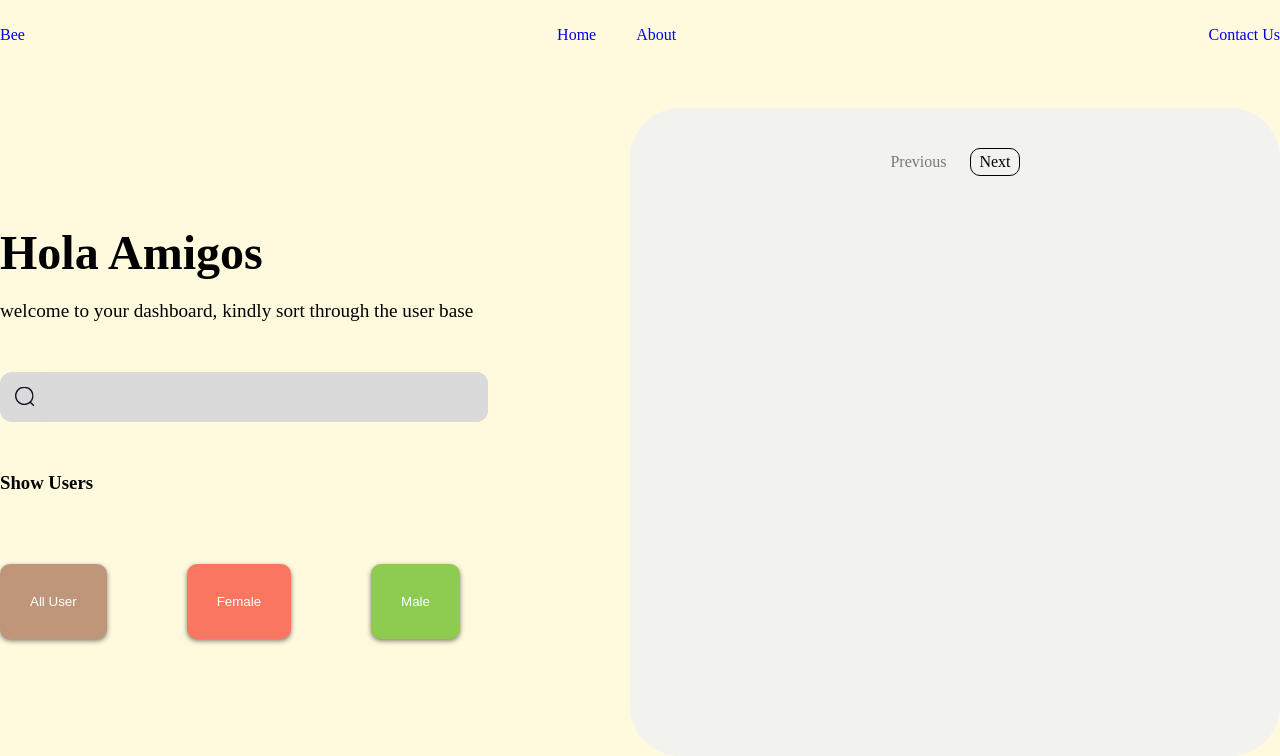
Repository: ble-syn/Random-user-generator-app
Page: /
The author's editor kept a copy of each file at every save. The page is drawn from the files as they stood at one save, then again after the next save.
The browser window is 1280 px wide. The pictures show the whole page.
The page's requests for data from a server got no answer. The project was rebuilt for these pictures with package versions that can differ from the ones it lists, and the page was loaded fresh each time. No one was signed in, and anything a server would have sent is missing. Also part of the build but not shown: src/components/ErrorBoundaries.jsx, src/pages/About.jsx, src/pages/Policy.jsx, src/pages/Terms.jsx, src/pages/Contact.jsx, src/pages/NotFound.jsx.

Above is the page before, as saved 2022-10-27 23:35:08.

### src/index.css
*{
  margin: 0;
  padding: 0;
  box-sizing: border-box;
}
a {
  text-decoration: none;
}

body {
  background-color: #FFFADE;
}
.container {
  width: 100%;
  max-width: 1300px;
  margin: 0 auto;

}

nav {
  display: flex;
  justify-content: space-between;
  margin: 2% 0 5%;
}
.menu {
  margin: 0 20px;
}

.home-container{
  display: flex;

  align-items: center;
}
/* LEFT STYLES */
#left {
  flex: 5;
}
#left h1 {
  font-size: 3rem;
  font-weight: 700;
  margin-bottom: 20px;
}
#left p {
  font-size: 1.2rem;
  margin-bottom: 20px;
}
.search-input {
  width: 80%;
  background-color: #dadada;
  border-radius: 12px;
  border: none;
  display: flex;
  place-items: center;
  padding-left: 15px;
  margin: 50px 0;
}
input {
  border: none;
  border-radius: 12px;
  background-color: inherit;
  width: 100%;
  height: 50px;
  padding-left: 5px;
  font-size: 20px;
}
input:focus {
  outline: none;
}
input::placeholder {
  color: #171717;
}
.user-link-cont {
  margin-top: 70px;
}
.user-link{
  margin-right: 80px;
  padding: 30px;
  border-radius: 10px;
  color: #FFF;
  cursor: pointer;
  border: none;
  box-shadow: 0px 2px 5px  rgba(0, 0, 0, 0.5);
}
.all-user {
  background-color: #BF9679;
}
.f-user{
  background-color: #F97661;
}
.m-user{
background-color: #8DCC50;
}

#right{
  height: 90vh;
  flex: 5;
  margin-left: 20px;
  background-color: #F2F2EF;
  border-radius: 50px;
  padding: 20px;
}

.usercard {
  background-color: #F2F2EF;
  border-radius: 20px;
  display: flex;
  justify-content: space-between;
  align-items: center;
  padding: 20px;
  margin: 20px 0;
  box-shadow: 0px 2px 5px  rgba(0, 0, 0, 0.5);
}

img {
 border: 5px solid#8DCC50;
  border-radius: 50%;
  margin: 5px 0;
}

.pagination {
  display: flex;
  justify-content: center;
  align-items: center;
  gap: 12px;
  margin: 20px 0;
}

.pagination-num {
  display: flex;
  justify-content: center;
  align-items: center;
  gap: 12px;
}

.pagination-child,
.prev,
.next {
  opacity: 1;
  border: 1px solid #000;
  padding: 4px 8px;
  cursor: pointer;
  border-radius: 10px;
  transition: all 0.3s ease;
}

.pagination-child:hover,
.prev:hover,
.next:hover {
  transform: scale(1.1);
}

.disabled {
  opacity: 0.5;
  cursor: not-allowed;
}

### src/App.js
import { BrowserRouter as Router, Routes, Route, Navigate} from "react-router-dom";
import Navbar from "./components/Navbar";
import Home from "./pages/Home";
import About from "./pages/About";
import Policy from "./pages/Policy";
import Terms from "./pages/Terms";
import Contact from "./pages/Contact";
import NotFound from "./pages/NotFound";

function App() {
  return (
    <div className="container">
      <Router>
      <Navbar />
        <Routes>
          <Route path="/" element={<Home />} />
          <Route path="/about" element={<About />}>
            <Route path="policy" element={<Policy />} />
            <Route path="terms" element={<Terms />} />
          </Route>
          <Route path="/contact" element={<Contact />} />
          <Route path="/not-found" element={<NotFound />} />
          <Route path="*" element={<Navigate to="/not-found" />} />
        </Routes>
      </Router>

    </div>
  );
}

export default App;

### src/components/Navbar.jsx
import React from "react";
import { Link } from "react-router-dom";

function Navbar() {
    return (
      <nav className="header">
        <div className="logo">
          <Link to="/">Bee</Link>
        </div>


        <div>
            <Link to="/" className="menu">Home</Link>

            <Link to="/about" className="menu">About</Link>
        </div>
        <div>
            <Link to="/contact">Contact Us</Link>
        </div>
      </nav>
    );
  }

export default Navbar;

### src/pages/Home.jsx
import { useState, useEffect } from "react";
import Pagination from "../components/pagination";
import ErrorBoundary from "../components/ErrorBoundaries";
import { ReactComponent as Search } from "../assets/Search.svg"
import User from "../components/User";


function Home() {
  const [users, setUsers] = useState([]);
  // const [loading, setLoading] = useState(true);

  const [currentPage, setCurrentPage] = useState(1);
  const [usersPerPage] = useState(4);

  // get users from the randomuser api
  useEffect(() => {
    const fetchUsers = async () => {
      const res = await fetch("https://randomuser.me/api/?results=20");
      const data = await res.json();
      setUsers(data.results);
      // setLoading(false);
    };

    fetchUsers();
  }, []);

  // const female = async () => {
  //   const res = await fetch("https://randomuser.me/api/?results=20");
  //   const data = await res.json();
  //   setUsers(data.results.gender.female);
  // };
  // const male = async () => {
  //   const res = await fetch("https://randomuser.me/api/?results=20");
  //   const data = await res.json();
  //   setUsers(data.results.gender.female);
  // };
  //   loading state
  // if (loading) {
  //   return <Spinner />;
  // }

  //   pagination logic
  const indexOfLastUser = currentPage * usersPerPage;
  const indexOfFirstUser = indexOfLastUser - usersPerPage;
  const currentUsers = users.slice(indexOfFirstUser, indexOfLastUser);
  const numberOfPages = Math.ceil(users.length / usersPerPage);

  return (
    <div className="home-container">
      <div id="left">
        <h1>Hola Amigos</h1>
        <p>welcome to your dashboard, kindly sort through the user base</p>
        <form action="" className="search-input">
          <Search />
          <input type="text" name="" id="" />
        </form>
        <h3>Show Users</h3>
        <div className="user-link-cont">
        <button
        type="button"
        className="user-link all-user"
      >
        All User
      </button>
      <button
        type="button"
        className="user-link f-user"

      >
        Female
      </button>
      <button
        type="button"
        className="user-link m-user"


      >
        Male
      </button>
        </div>
      </div>


      <div id="right">
        <ErrorBoundary>
            <User currentUsers={currentUsers} />
          </ErrorBoundary>
          <ErrorBoundary>
            <Pagination
              numberOfPages={numberOfPages}
              currentPage={currentPage}
              setCurrentPage={setCurrentPage}
            />
        </ErrorBoundary>
      </div>
    </div>
  );
}

export default Home;

### src/components/pagination.jsx
import { useState, useEffect } from "react";

function Pagination({ numberOfPages, currentPage, setCurrentPage }) {
  const [disabledPrev, setDisabledPrev] = useState(true);
  const [disabledNext, setDisabledNext] = useState(true);

  const pageNum = [...Array(numberOfPages + 1).keys()].slice(1);

  const prevPage = () => {
    if (currentPage !== 1) {
      setCurrentPage(currentPage - 1);
    }
  };

  const nextPage = () => {
    if (currentPage !== numberOfPages) {
      setCurrentPage(currentPage + 1);
    }
  };

  useEffect(() => {
    if (currentPage > 1) {
      setDisabledPrev(false);
    } else {
      setDisabledPrev(true);
    }

    if (currentPage === numberOfPages) {
      setDisabledNext(true);
    } else {
      setDisabledNext(false);
    }
  }, [currentPage, numberOfPages]);

  return (
    <div>
      <section className="pagination">
        <div className={disabledPrev ? "disabled" : "prev"}>
          <p onClick={prevPage}>Previous</p>
        </div>
        <div className="pagination-num">
          {pageNum.map((num) => (
            <div key={num}>
              <p
                onClick={() => setCurrentPage(num)}
                className="pagination-child"
              >
                {num}
              </p>
            </div>
          ))}
        </div>
        <div className={disabledNext ? "disabled" : "next"}>
          <p onClick={nextPage}>Next</p>
        </div>
      </section>
    </div>
  );
}

export default Pagination;

### src/components/User.jsx
import React from "react";

function User({ currentUsers }) {
  return (
    <div className="">
      {currentUsers.map((user) => (
        <div key={user.login.uuid} className="usercard">
          <img src={user.picture.medium} alt={user.name.first} />
          <div>
             <h3>
              {user.name.first} {user.name.last}
            </h3>
            <p>{user.email}</p>
            <p>
              {user.location.city}, {user.location.country}
            </p>
          </div>
          <div>
            <p>{user.cell}</p>
          </div>

        </div>
      ))}
    </div>
  );
}

export default User;

Loaded but not shown: public/index.html (common file); src/index.js (common file); src/reportWebVitals.js (common file)

After the next save:
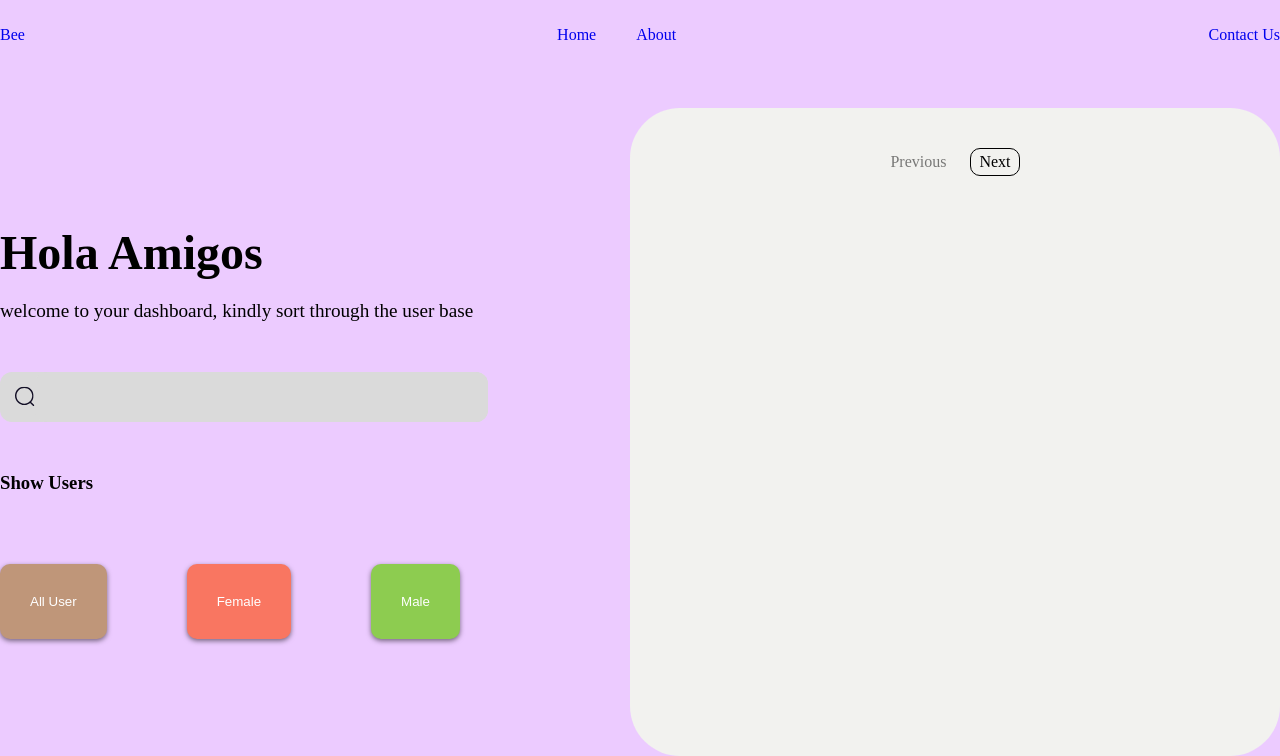
Saved 53 s later.
--- a/src/index.css
+++ b/src/index.css
@@ -8,7 +8,7 @@ a {
 }
 
 body {
-  background-color: #FFFADE;
+  background-color: #ECCBFF;
 }
 .container {
   width: 100%;
